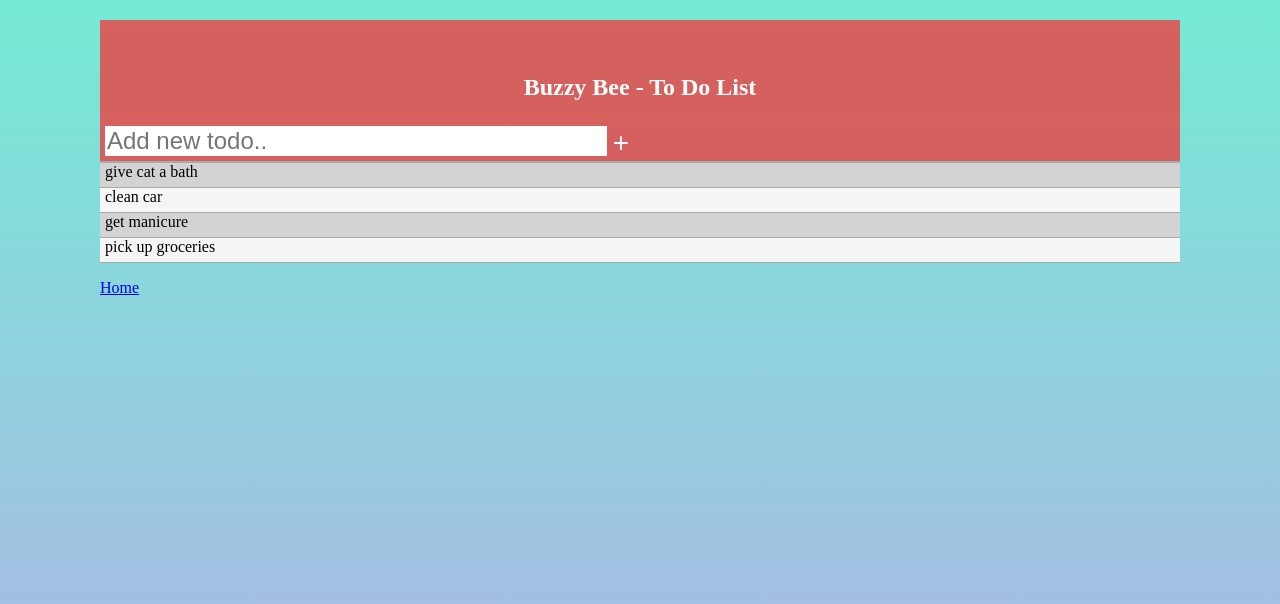
Repository: seleniadelgado/backend-spring2020-angie
Page: projects/todo/public_html/index.html
An editor plug-in stored every save of this project. The page is shown before and after the next save, followed by the edit.
The browser window is 1280 px wide. The pictures show the whole page.
The page's requests for data from a server got no answer.

Above is the page before, as saved 2020-05-12 21:34:08.

### projects/todo/public_html/index.html
<!DOCTYPE html>

<html lang="en">
    <head>
        <meta charset="utf-8">
        <title>Buzzy Bee - To Do List</title>
        <meta name="description" content="The HTML5 Herald">
        <meta name="author" content="SitePoint">
        <link rel="stylesheet" href="styles.css">
        <script
            src="https://code.jquery.com/jquery-3.5.0.min.js"
            integrity="sha256-xNzN2a4ltkB44Mc/Jz3pT4iU1cmeR0FkXs4pru/JxaQ="
            crossorigin="anonymous">
        </script>
</head>
<body>
    <div class="sectionTitle">
        <div class="appTitle">
            <h2>Buzzy Bee - To Do List</h2>
        </div>
        <div id="addNote">
            <input type="text" id="newNote" placeholder="Add new todo..">
            <button class="addBtn">+</button>
        </div>
    </div>

    <ul id="myList">
        <li>give cat a bath</li>
        <li>clean car</li>
        <li>get manicure</li>
        <li>pick up groceries</li>
    </ul>





















    <a href="http://localhost:3000/">Home</a>



    <script>
        $(document).ready(() => {
            let objectToSend = {
                note: "Do somethings",
                author: "Nick"
            }

            $.post("http://localhost:3000/newNote", objectToSend, (dataToGet) => {
                console.log(dataToGet);
            });
            $.post("http://localhost:3000/readNotes", {}, (dataToGet) => {
                let allNotesArray = dataToGet.notes;

                console.log(allNotesArray);
            })
        })

        //import the data from default user
        // make JSON into JS with parse.
        //with the list we want to populate our ul.
        //use jquery to access the dom, grab the string
        //loop over notes
        //add the note as an li to the ul
        //  Create li with jquery.
        //  target the ul with jquery and append the li.
        //note: $('<li></li>'')
        //      $('ul') -> a jquery list which holds the ul.
        //      get 1st element from the array

    </script>
</body>
</html>

### projects/todo/public_html/styles.css
:root {
    --main-color: rgba(230, 75, 75, 0.851);
}


html {
    background: linear-gradient(#74ebd5, #ACB6E5);
    height: 100%;
}
* {
    box-sizing: border-box;
}
body {
    margin: 0px 100px 75px 100px;
}

.sectionTitle {
    background-color: var(--main-color);
    text-align: center;
    border-bottom: 2px solid darkgray;
    margin-top: 0%;
}

.appTitle h2 {
    color: white;
    padding-top: 5%;
}
#addNote {
    display: flex;
    align-items: flex-start;
    padding: 5px;
    height: 30px;
    width: 50%;
    margin-bottom: 10px;
    font-family: 'Gill Sans', 'Gill Sans MT', Calibri, 'Trebuchet MS', sans-serif;
}
.addBtn {
    margin-left: 0%;
    margin-bottom: 2%;
    font-size: 28px;
    color: white;
    border: none;
    background: none;
}
#newNote {
    border: none;
    width: 100%;
    height: 150%;
    font-size: 24px;
}
#myList li:nth-child(odd) {
    background: lightgray;
  }
#myList {
    list-style: none;
    padding: 0px;
    margin-top: 0px;
}

#myList li {
    height: 25px;
    border-bottom: 1px solid darkgray;
    background-color: whitesmoke;
    padding-left: 5px;
}

After the next save:
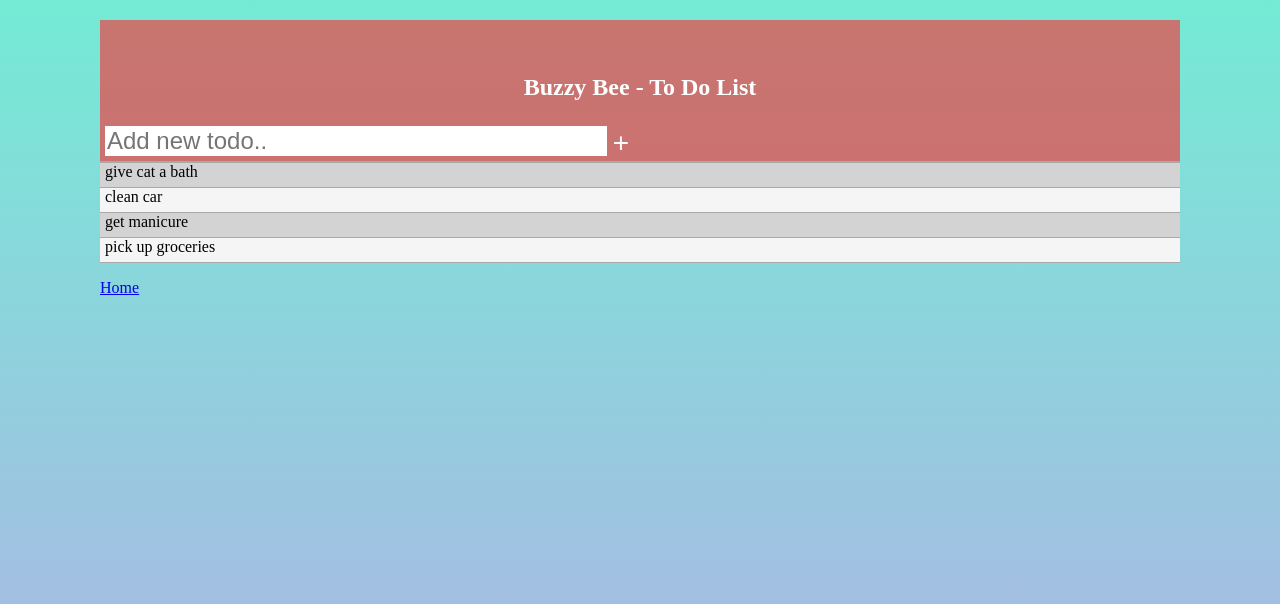
Saved 7 s later.
--- a/projects/todo/public_html/styles.css
+++ b/projects/todo/public_html/styles.css
@@ -1,5 +1,5 @@
 :root {
-    --main-color: rgba(230, 75, 75, 0.851);
+    --main-color: rgba(230, 75, 75, 0.73);
 }
 
 
